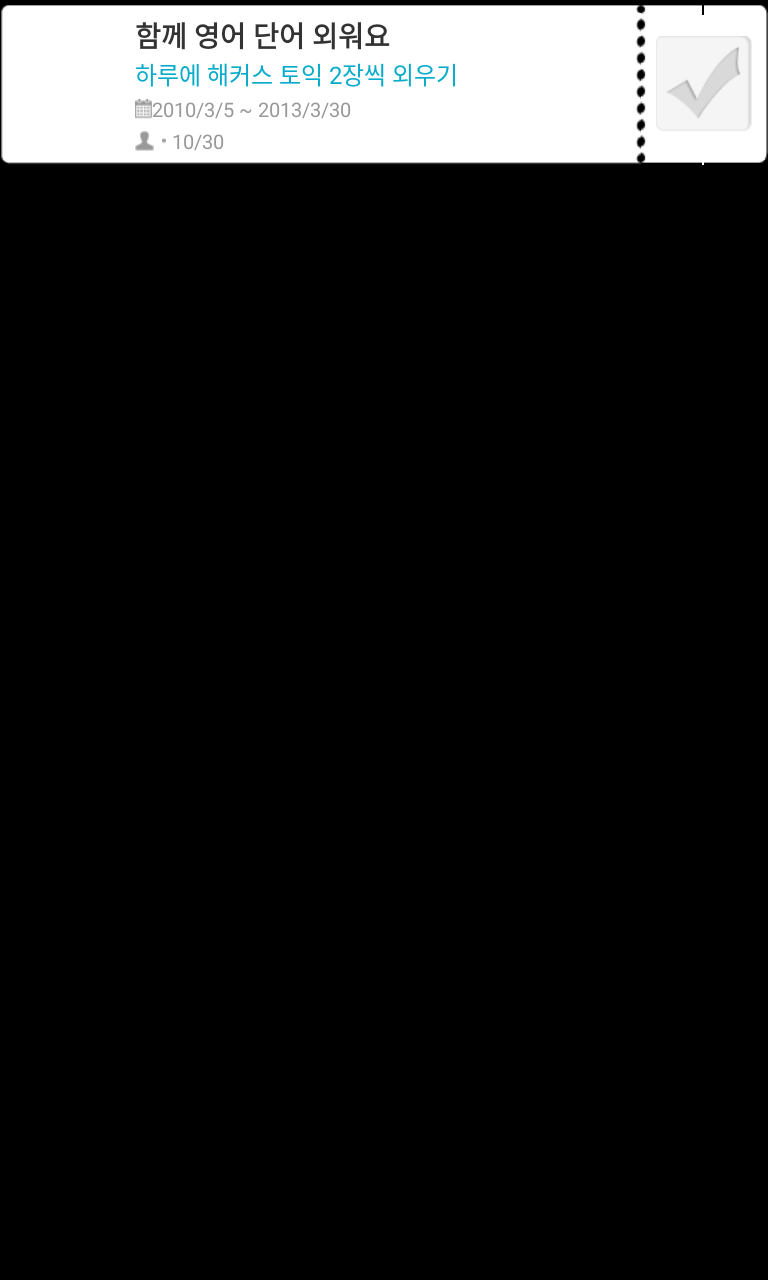
Repository: belhyun/witherest-android
Layout: Witherest/res/layout/mycheck_list_item_row.xml
An editor plug-in stored every save of this project. The layout is shown before and after the next save, followed by the edit.
It is drawn on a 768 x 1280 px phone screen (xhdpi) without system bars, with theme android:Theme.Holo; the app's code is not run.

Above is the layout before, as saved 2013-07-06 09:55:04.

### Witherest/res/layout/mycheck_list_item_row.xml
<?xml version="1.0" encoding="utf-8"?>
<LinearLayout xmlns:android="http://schemas.android.com/apk/res/android"
    android:layout_width="fill_parent"
    android:layout_height="fill_parent"
    android:paddingTop="0dip"
    android:paddingBottom="0dp" >

    <RelativeLayout
        android:id="@+id/main_contaniner"
        android:layout_width="fill_parent"
        android:layout_height="wrap_content"
        android:clickable="true"
        android:paddingTop="2dp"
        android:paddingBottom ="2dp">

        <RelativeLayout
            android:id="@+id/mycheck_row_left_contaniner"
            android:layout_width="fill_parent"
            android:layout_height="wrap_content"
            android:layout_toLeftOf="@+id/mycheck_row_right_contaniner"
            android:background="@drawable/mycheck_list_row_on_off"
            android:clickable="true"
            android:paddingBottom="5dp"
            android:paddingTop="5dp" >

            <LinearLayout
                android:id="@+id/mycheck_row_thumbnail"
                android:layout_width="wrap_content"
                android:layout_height="wrap_content"
                android:layout_alignParentLeft="true"
                android:layout_centerVertical="true"
                android:layout_marginRight="5dip"
                android:gravity="center" >

                <ImageView
                    android:id="@+id/list_image"
                    android:layout_width="50dip"
                    android:layout_height="50dip"
                    android:layout_marginLeft="3dp"
                    android:layout_marginRight="5dp"
                     />
            </LinearLayout>

            <TextView
                android:id="@+id/mycheck_room_title_textview"
                android:layout_width="fill_parent"
                android:layout_height="wrap_content"
                android:layout_alignTop="@id/mycheck_row_thumbnail"
                android:layout_toRightOf="@id/mycheck_row_thumbnail"
                android:text="함께 영어 단어 외워요"
                android:textColor="#333333"
                android:textSize="14sp"
                android:textStyle="bold"
                />

            <TextView
                android:id="@+id/mycheck_room_purpose_textview"
                android:layout_width="fill_parent"
                android:layout_height="wrap_content"
                android:layout_below="@id/mycheck_room_title_textview"
                android:layout_toRightOf="@id/mycheck_row_thumbnail"
                android:ellipsize="end"
                android:maxLines="1"
                android:text="하루에 해커스 토익 2장씩 외우기"
                android:textColor="#07ACCA"
                android:textSize="12sp" />

            <LinearLayout
                android:id="@+id/mycheck_term_container"
                android:layout_width="fill_parent"
                android:layout_height="wrap_content"
                android:layout_alignParentRight="false"
                android:layout_marginTop = "2dp"
                android:layout_below="@id/mycheck_room_purpose_textview"
                android:layout_toRightOf="@id/mycheck_row_thumbnail"
                android:gravity="center_vertical"
                android:orientation="horizontal" >

                <ImageView
                    android:layout_width="wrap_content"
                    android:layout_height="wrap_content"
                    android:src="@drawable/main_date_icon_bg" />

                <TextView
                    android:id="@+id/mycheck_room_team_textview"
                    android:layout_width="fill_parent"
                    android:layout_height="wrap_content"
                    android:ellipsize="end"
                    android:maxLines="1"
                    android:text="2010/3/5 ~ 2013/3/30"
                    android:textColor="#999999"
                    android:textSize="10sp" />

                <ImageView
                    android:layout_width="wrap_content"
                    android:layout_height="wrap_content"
                    android:layout_marginLeft="4dp"
                    android:layout_marginRight="3dp"
                    android:src="@drawable/main_dot_bg" />
            </LinearLayout>

            <LinearLayout
                android:layout_width="fill_parent"
                android:layout_height="wrap_content"
                android:layout_alignParentRight="false"
                android:layout_below="@id/mycheck_term_container"
                android:layout_toRightOf="@id/mycheck_row_thumbnail"
                android:gravity="center_vertical"
                android:orientation="horizontal"
                android:layout_marginTop = "2dp" >

                <ImageView
                    android:layout_width="wrap_content"
                    android:layout_height="wrap_content"
                    android:src="@drawable/main_people_icon_bg" />

                <ImageView
                    android:layout_width="wrap_content"
                    android:layout_height="wrap_content"
                    android:layout_marginLeft="4dp"
                    android:layout_marginRight="3dp"
                    android:src="@drawable/main_dot_bg" />

                <TextView
                    android:id="@+id/mycheck_room_joincount_textview"
                    android:layout_width="fill_parent"
                    android:layout_height="wrap_content"
                    android:ellipsize="end"
                    android:maxLines="1"
                    android:text="10/30"
                    android:textColor="#999999"
                    android:textSize="10sp" />
            </LinearLayout>
        </RelativeLayout>

        <RelativeLayout
            android:id="@id/mycheck_row_right_contaniner"
            android:layout_width="wrap_content"
            android:layout_height="wrap_content"
            android:layout_alignParentRight="true"

            android:layout_alignTop="@id/mycheck_row_left_contaniner"
            android:layout_alignBottom="@id/mycheck_row_left_contaniner"
            android:background="@drawable/main_checkbutton_bg2"
            android:gravity="center"
            android:padding="3dp" >

            <CheckBox
                android:id="@+id/mycheck_check_btn"
                android:layout_width="wrap_content"
                android:layout_height="wrap_content"
                android:layout_margin="1dp"
                android:background="@drawable/mycheck_check_button_of_off"
                android:button="@drawable/checkbox_bg" />
        </RelativeLayout>


    </RelativeLayout>

     <TextView
            android:id="@+id/alramtime_badge"
            android:layout_width="wrap_content"
            android:layout_height="wrap_content"
            android:layout_alignLeft="@id/main_contaniner"
            android:layout_alignTop="@id/main_contaniner"
            android:background="@drawable/alarm_notice_bg"
            android:gravity="center_horizontal|center_vertical"
            android:textColor="#000000"
            android:textSize = "10sp"
     		android:paddingBottom="4dp"
     		android:paddingLeft = "8dp"
            android:minWidth="25dp"
            android:text="12:39"
             />

    <TextView
            android:id="@+id/mycheck_badge"
            android:layout_width="wrap_content"
            android:layout_height="17dp"
            android:layout_alignRight="@id/main_contaniner"
            android:layout_alignTop="@id/main_contaniner"
            android:background="@drawable/main_checknumber_bg"
            android:padding="0dp"
            android:gravity="center_vertical|center_horizontal"
            android:textColor="#ffffff"
            android:textSize = "12sp"
            android:textStyle="bold"
            android:paddingBottom="20dp"
            android:minWidth="25dp"
            android:text="12"
             />

</LinearLayout>

### Witherest/res/drawable/mycheck_list_row_on_off.xml
<?xml version="1.0" encoding="utf-8"?>
<selector xmlns:android="http://schemas.android.com/apk/res/android">

    <item android:drawable="@drawable/main_checkinformation_btn_off2" android:state_pressed="false" android:state_selected="false"/>
    <item android:drawable="@drawable/main_checkinformation_btn_on2" android:state_pressed="true"/>
    <item android:drawable="@drawable/main_checkinformation_btn_on2" android:state_pressed="false" android:state_selected="true"/>

</selector>

### Witherest/res/drawable/mycheck_check_button_of_off.xml
<?xml version="1.0" encoding="utf-8"?>
<selector
	xmlns:android="http://schemas.android.com/apk/res/android">
    <item
    	android:state_checked="true"
    	android:drawable="@drawable/main_checkbu_btn_on"/>
    <item
    	android:drawable="@drawable/main_checkbu_btn_off"/>
</selector>

### Witherest/res/drawable/checkbox_bg.xml
<?xml version="1.0" encoding="utf-8"?>
<shape xmlns:android="http://schemas.android.com/apk/res/android" >
    <solid android:color="#00ffffff"/>
</shape>

After the next save:
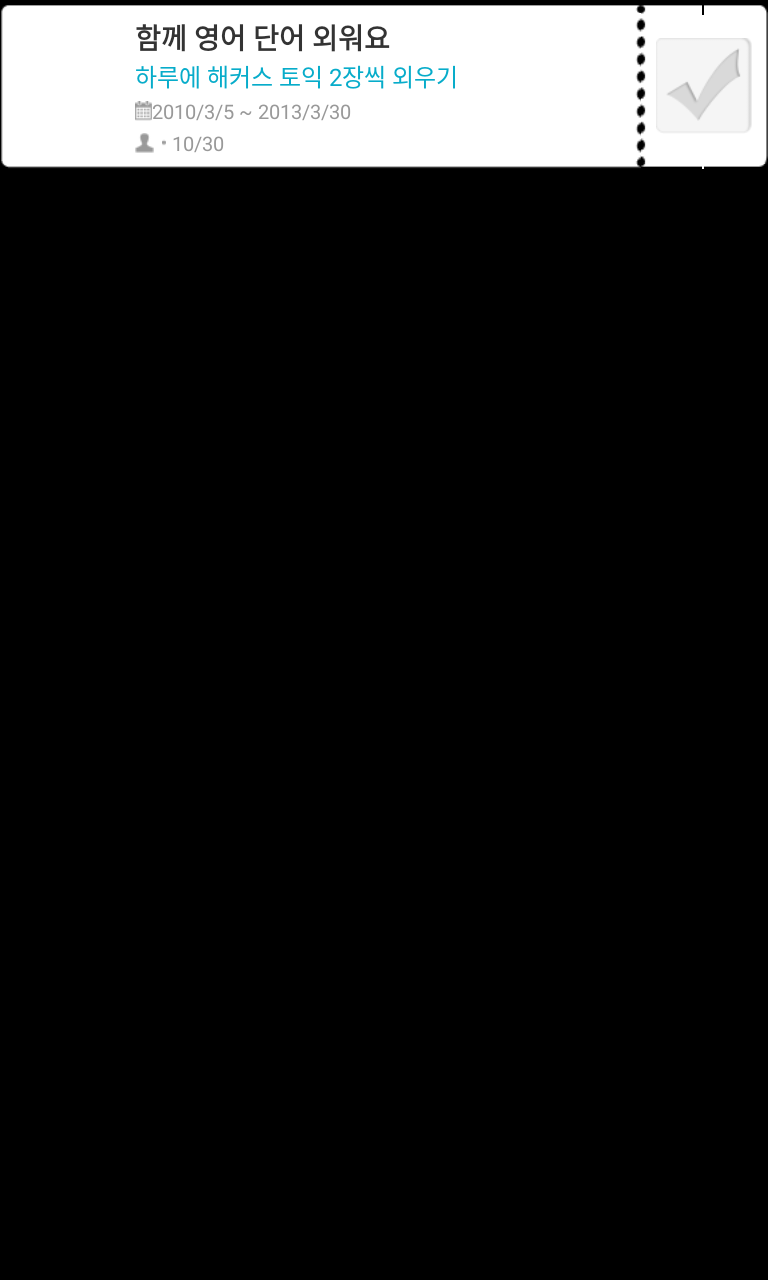
Saved 6 min 46 s later.
--- a/Witherest/res/layout/mycheck_list_item_row.xml
+++ b/Witherest/res/layout/mycheck_list_item_row.xml
@@ -20,8 +20,8 @@
             android:layout_toLeftOf="@+id/mycheck_row_right_contaniner"
             android:background="@drawable/mycheck_list_row_on_off"
             android:clickable="true"
-            android:paddingBottom="5dp"
-            android:paddingTop="5dp" >
+            android:paddingBottom="6dp"
+            android:paddingTop="6dp" >
 
             <LinearLayout
                 android:id="@+id/mycheck_row_thumbnail"

After the save that followed:
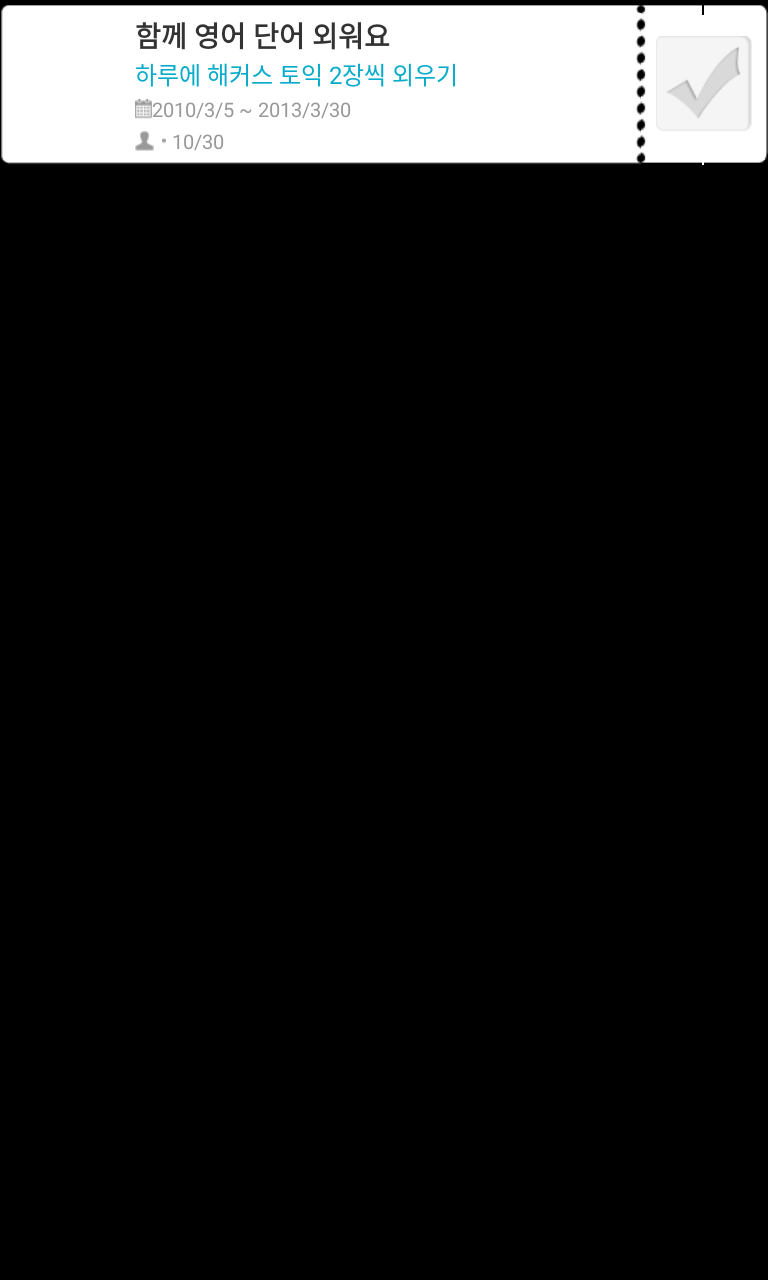
Saved 19 s later.
--- a/Witherest/res/layout/mycheck_list_item_row.xml
+++ b/Witherest/res/layout/mycheck_list_item_row.xml
@@ -20,8 +20,8 @@
             android:layout_toLeftOf="@+id/mycheck_row_right_contaniner"
             android:background="@drawable/mycheck_list_row_on_off"
             android:clickable="true"
-            android:paddingBottom="6dp"
-            android:paddingTop="6dp" >
+            android:paddingBottom="5dp"
+            android:paddingTop="5dp" >
 
             <LinearLayout
                 android:id="@+id/mycheck_row_thumbnail"
